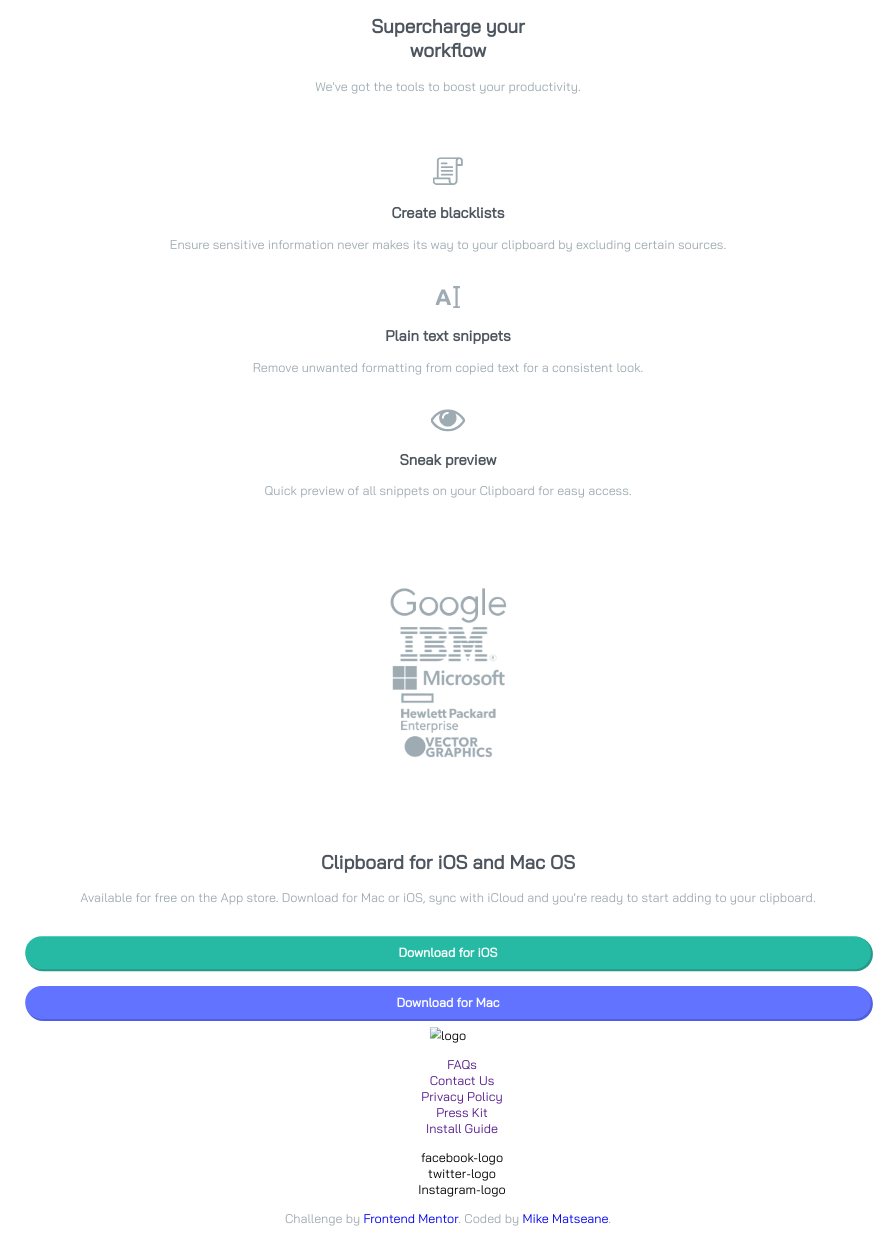
Repository: mikempho/Clipboard-landing-page
Page: index.html
An editor plug-in stored every save of this project. The page is shown before and after the next save, followed by the edit.
The browser window is 1280 px wide. The pictures show the part of the page from y = 3251 to 5171 px (the page is 5021 px tall before and 5171 px after), at 70% of full size.

Above is the page before, as saved 2022-04-11 11:53:00.

### index.html
<!DOCTYPE html>
<html lang="en">
  <head>
    <meta charset="UTF-8">
    <meta name="viewport" content="width=device-width, initial-scale=1.0"> <!-- displays site properly based on user's device -->

    <link rel="icon" type="image/png" sizes="32x32" href="./images/favicon-32x32.png">
    <link rel="stylesheet" href="/css/style.css">

    <title>Frontend Mentor | Clipboard landing page</title>

  </head>
  <body>
    <header class="header">
      <img class="logo" src="/images/logo.svg" alt="">
    </header>
    <main>
      <section class="hero">
        <h1>A history of <br> everything you copy</h1>
        <p>Clipboard allows you to track and organize everything you copy, instantly access your clipboard on all your devices.</p>
        <div class="buttons">
          <a class="iOS-btn" href="#">Download for iOS</a>
          <a class="mac-btn" href="#">Download for Mac</a>
        </div>
      </section>
      <section class="section-1">
        <h2>Keep track of your <br> snippets</h2>
        <p>Clipboard instantly stores any item you copy in the cloud, meaning you can access your snippets immediately on all your devices. Our Mac and IOS apps will help you organize everything.</p>
        <div class="features">
          <img class="feature-img" src="/images/image-computer.png" alt="desktop-screen">
          <ul class="list-of-features">
            <li>
              <h3>Quick Search</h3>
              <p>Easily search your snippets by content, category, web address, application, and more.</p>
            </li>
            <li>
              <h3>iCloud Sync</h3>
              <p>Instantly saves and syncs snippets across all your devices</p>
            </li>
            <li>
              <h3>Complete History</h3>
              <p>Retrieve any snippets from the first moment you started using the app.</p>
            </li>
          </ul>
        </div>
      </section>
      <section class="section-2">
        <h2>Access Clipboard <br>Anywhere</h2>
        <p>whether you're on the go, or at your computer, you can access all your Clipboard snippets in a few simple clicks.</p>
        <img class="mobile-tablet-screen" src="/images/image-devices.png" alt="mobile-tablet-screen">
      </section>
      <section class="section-3">
        <h2>Supercharge your <br> workflow</h2>
        <p>We've got the tools to boost your productivity.</p>
        <div>
          <ul class="list-of-features">
            <li>
              <img class="feature-icons" src="/images/icon-blacklist.svg" alt="paper-img">
              <h3>Create blacklists</h3>
              <p>Ensure sensitive information never makes its way to your clipboard by excluding certain sources.</p>
            </li>
            <li>
              <img class="feature-icons" src="/images/icon-text.svg" alt="AI-logo-img">
              <h3>Plain text snippets</h3>
              <p>Remove unwanted formatting from copied text for a consistent look.</p>
            </li>
            <li>
              <img class="feature-icons" src="/images/icon-preview.svg" alt="eye-img">
              <h3>Sneak preview</h3>
              <p>Quick preview of all snippets on your Clipboard for easy access.</p>
            </li>
          </ul>
        </div>
      </section>
      <section class="section-4">
        <ul class="company-logos">
          <li><img src="/images/logo-google.png" alt="google-logo"></li>
          <li><img src="/images/logo-ibm.png" alt="IBM-logo"></li>
          <li><img src="/images/logo-microsoft.png" alt="microsoft-logo"></li>
          <li><img src="/images/logo-hp.png" alt="hewlett-packard-enterprise-logo"></li>
          <li><img src="/images/logo-vector-graphics.png" alt="vector-graphics-logo"></li>
        </ul>
      </section>
      <section class="section-5">
        <h2>Clipboard for iOS and Mac OS</h2>
        <p>Available for free on the App store. Download for Mac or iOS, sync with iCloud and you're ready to start adding to your clipboard.</p>
        <div class="buttons">
          <a class="iOS-btn" href="">Download for iOS</a>
          <a class="mac-btn" href="">Download for Mac</a>
        </div>
      </section>
    </main>

    <footer>
      <div class="footer">
        <img src="" alt="logo">
        <ul class="footer-menu">
          <li><a href="">FAQs</a></li>
          <li><a href="">Contact Us</a></li>
          <li><a href="">Privacy Policy</a></li>
          <li><a href="">Press Kit</a></li>
          <li><a href="">Install Guide</a></li>
        </ul>
        <ul class="social-links">
          <li><a href=""></a>facebook-logo</li>
          <li><a href=""></a>twitter-logo</li>
          <li><a href=""></a>Instagram-logo</li>
        </ul>
      </div>
      <p class="attribution">
        Challenge by <a href="https://www.frontendmentor.io?ref=challenge" target="_blank">Frontend Mentor</a>.
        Coded by <a href="#">Mike Matseane</a>.
      </p>
    </footer>
  </body>
</html>

### css/style.css
/* Universal styling */
body {
    margin: 0;
    padding: 0;
    text-align: center;
    Font-size: 18px;
    font-family: Bai-Jamjuree;
}

* {
    list-style: none;
    text-decoration: none;
}

:root {
    /* Primary colors */
    --Strong-Cyan: hsl(171, 66%, 44%);
    --Light-Blue: hsl(233, 100%, 69%);
    /* Neutral colors */
    --Dark-Grayish-Blue: hsl(210, 10%, 33%);
    --Grayish-Blue: hsl(201, 11%, 66%);
    /* Spacing */
    --container-padding: 4%;
}

@font-face {
    font-family: Bai-Jamjuree;
    src: url(/Assets/Fonts/Bai_Jamjuree/BaiJamjuree-Regular.ttf);
}

h1, h2, h3{
    color: var(--Dark-Grayish-Blue);
}

p {
    color: var(--Grayish-Blue);
}

/* header section */

.header {
    background-image: url(/images/bg-header-mobile.png);
    background-repeat: no-repeat;
    background-size: cover;
}

.logo {
    margin: 8rem 0 5rem 0;
}

/* hero section */
.hero {
    padding-left: var(--container-padding);
    padding-right: var(--container-padding);
    margin-bottom: 8rem;
}

.buttons{
    margin-top: 2rem;
}
.buttons a {
    display: inline-block;
    padding: 12px 15px;
    width: 92%;
    margin: 12px 0;
    color: white;
    border-radius: 50px;
    font-weight: 600;
}

.iOS-btn {
    background-color: var(--Strong-Cyan);
    box-shadow: 2px 2px 0px 1px rgba(17, 140, 122, 0.9);

}

.mac-btn {
    background-color: var(--Light-Blue);
    box-shadow: 2px 2px 0px 1px rgba(37, 58, 216, 0.81);

}

/* Section-1 */

.section-1 {
    padding-left: var(--container-padding);
    padding-right: var(--container-padding);
    margin-bottom: 8rem;
}

.feature-img, .mobile-tablet-screen {
    margin-top: 60px;
    width: 92%;
}

/* Section-2 */

.section-2 {
    padding-left: var(--container-padding);
    padding-right: var(--container-padding);    margin-bottom: 8rem;
}

/* Section-3 */
.section-3 {
    padding-left: var(--container-padding);
    padding-right: var(--container-padding);
    margin-bottom: 8rem;
}

.feature-icons {
    margin-top: 30px;
}

.list-of-features {
    margin-top: 60px;
    padding: 0%;
}

/* Section 4 */

.section-4 {
    margin-bottom: 8rem;
}

.company-logos{
    padding:0%;
}

After the next save:
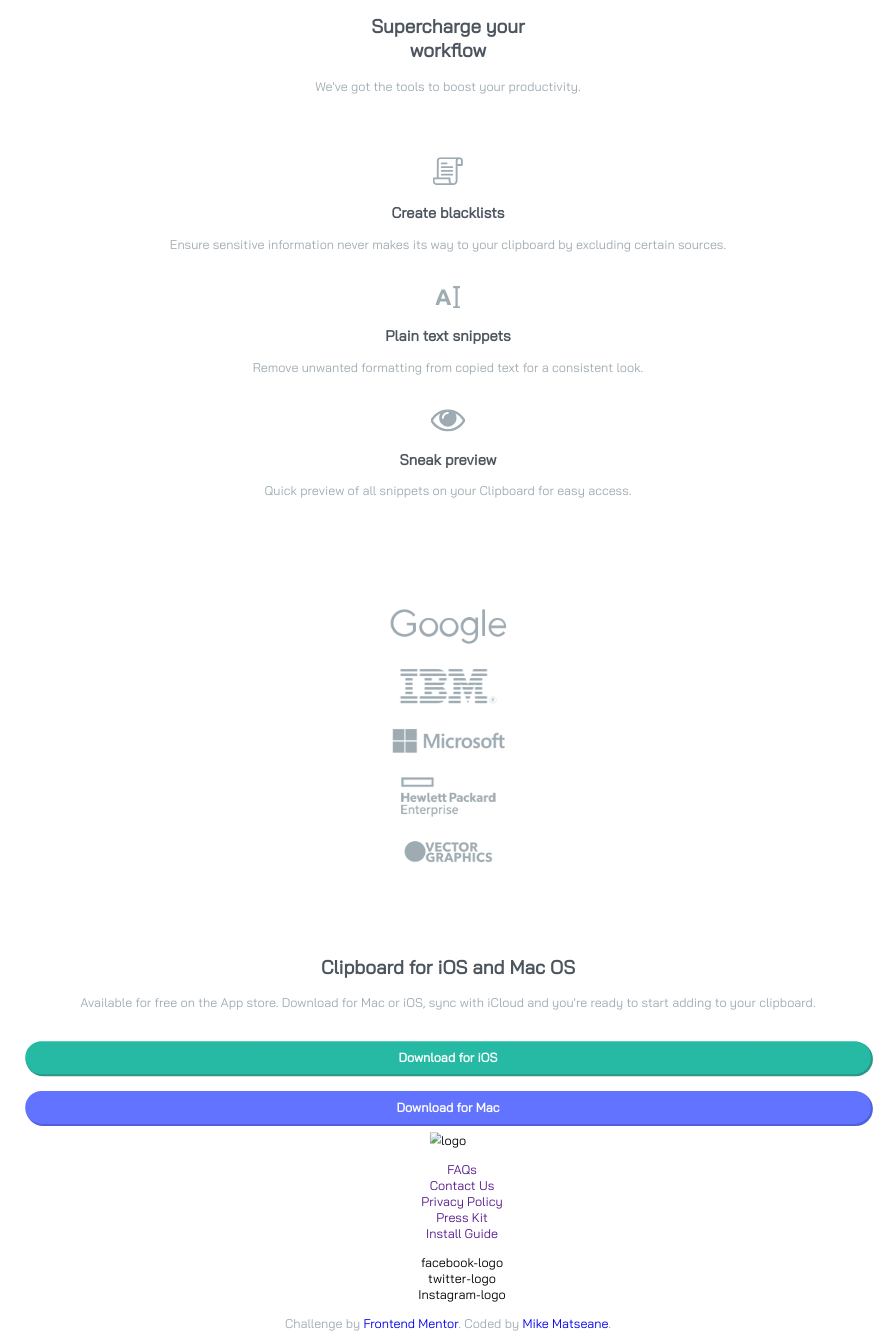
Saved 22 s later.
--- a/css/style.css
+++ b/css/style.css
@@ -125,3 +125,7 @@
 .company-logos{
     padding:0%;
 }
+
+.company-logos li {
+    padding-top: 30px;
+}
